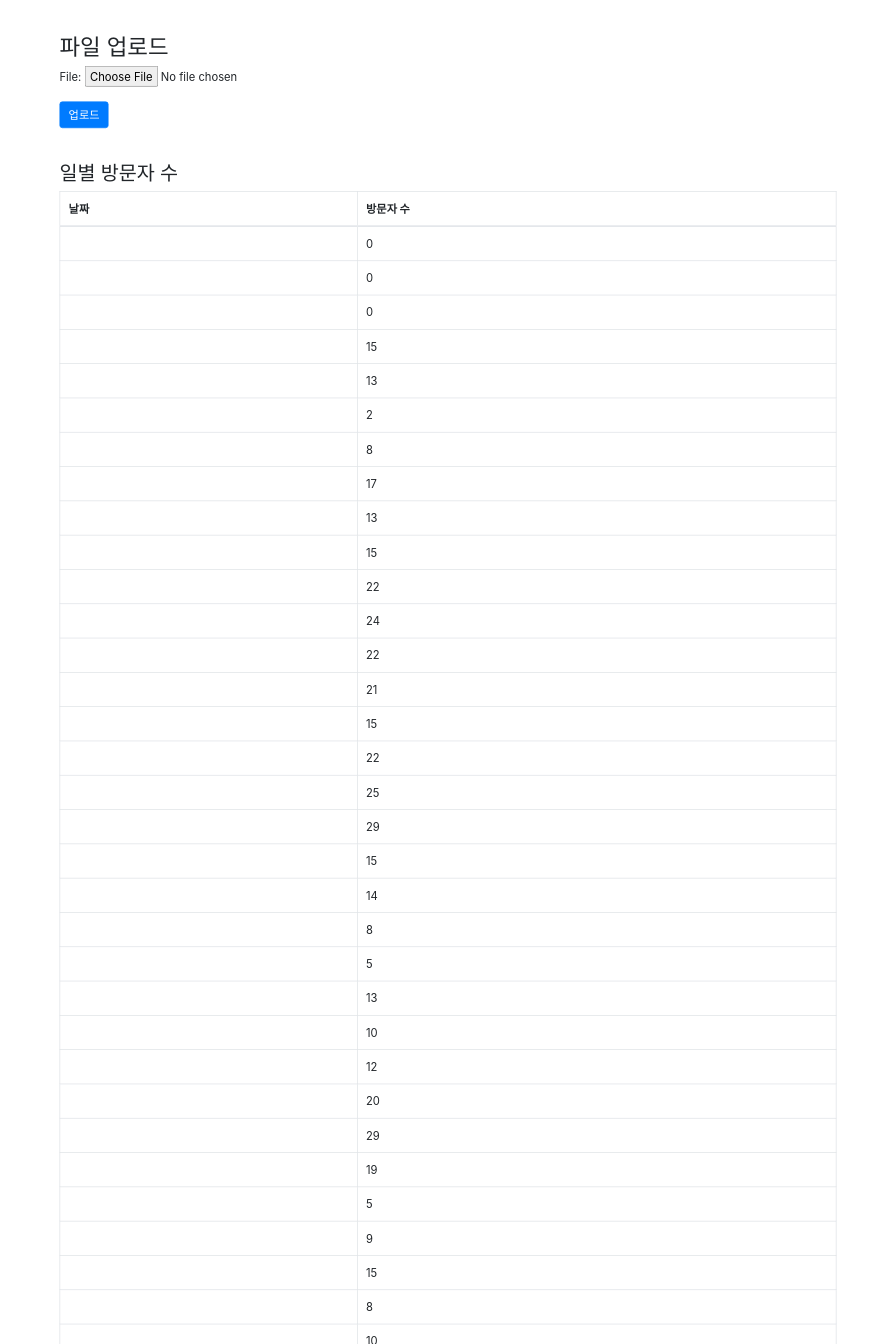
Repository: leeenzang/realmo
Page: http://localhost/file_upload/upload/
The author's editor kept a copy of each file at every save. The page is drawn from the files as they stood at one save, then again after the next save.
The browser window is 1280 px wide. The pictures show the part of the page from y = 0 to 1920 px (the page is 2790 px tall before and 2828 px after), at 70% of full size.
The page is served by the project's application, run on Django 4.2 (manage.py). The page reads the database file committed with the project.

Above is the page before, as saved 2023-08-24 16:20:28.

After the next save:
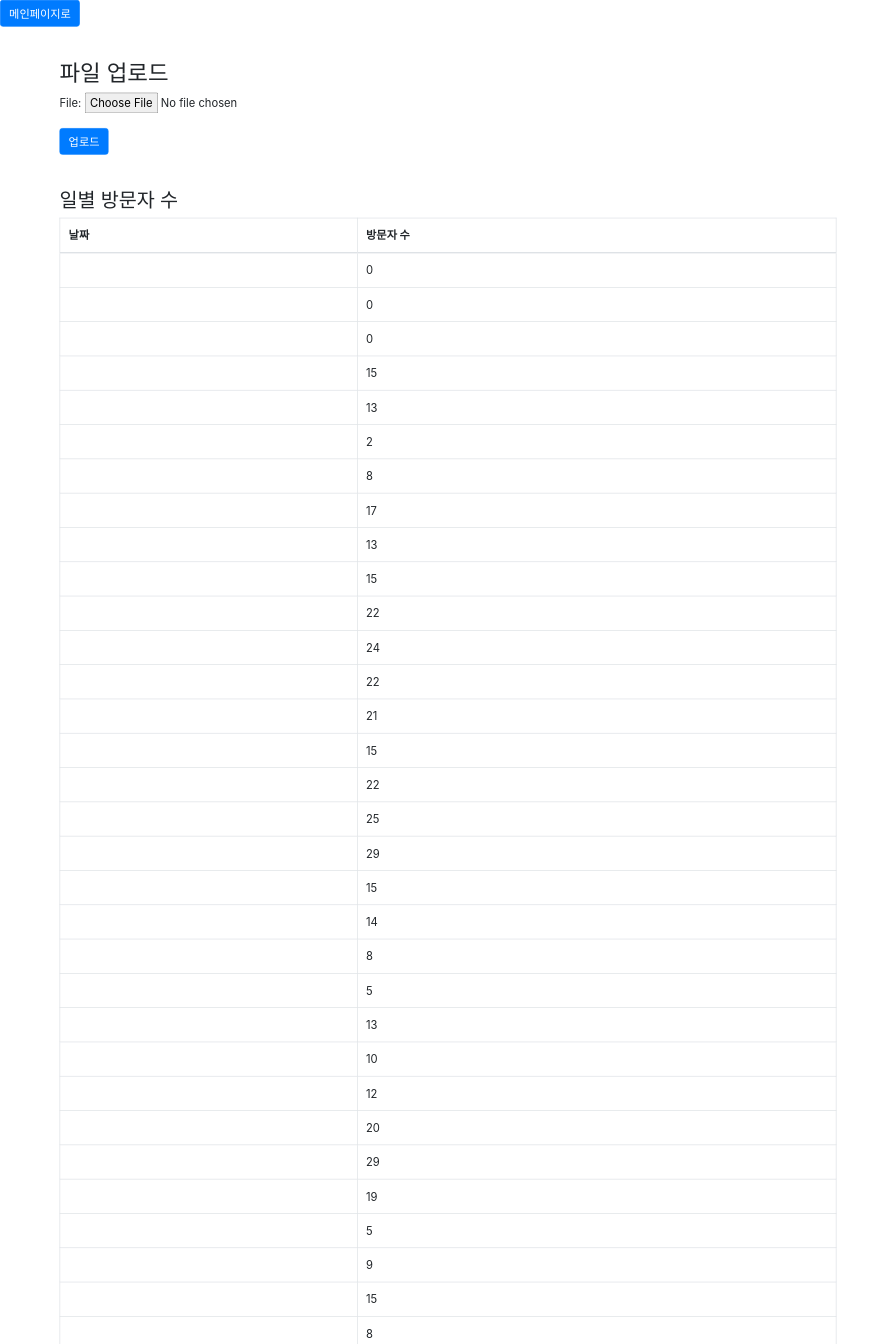
Saved 4 h 34 min later.
--- a/file_upload/templates/file_upload/upload.html
+++ b/file_upload/templates/file_upload/upload.html
@@ -7,6 +7,7 @@
     <link rel="stylesheet" href="https://maxcdn.bootstrapcdn.com/bootstrap/4.5.2/css/bootstrap.min.css">
 </head>
 <body>
+<a href="{% url 'home' %}" class="btn btn-primary">메인페이지로</a>
 
 <div class="container mt-5">
     <h2>파일 업로드</h2>
